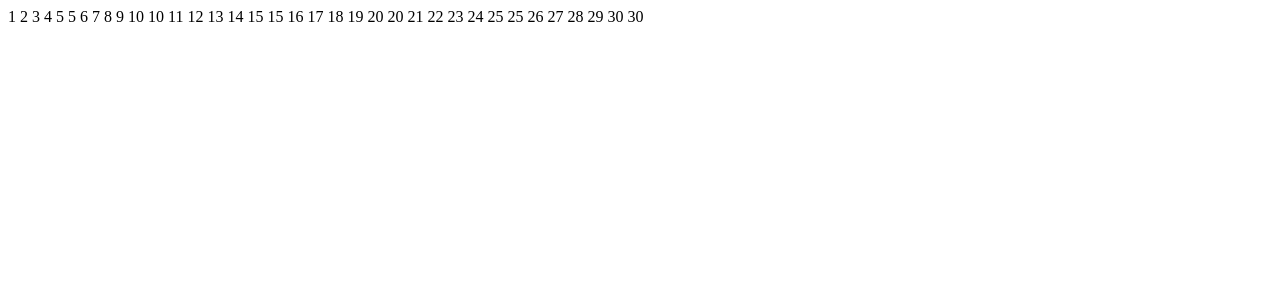
Repository: Ryutaro26/samurai-lp
Page: http://localhost/for.php
The author's editor kept a record of every edit. The page is drawn from the files as they stood at one moment, then again after the next edit.
The browser window is 1280 px wide. The pictures show the whole page.
The page is run by PHP 8.4 with error messages shown; the project is at /var/www/html/.

Above is the page before.

### for.php
<?php
for($i = 1; $i <= 30; $i++) {
    if($i % 5 == 0){
         print($i."\n");
    }
   print($i."\n");
}
?>

After the next edit:
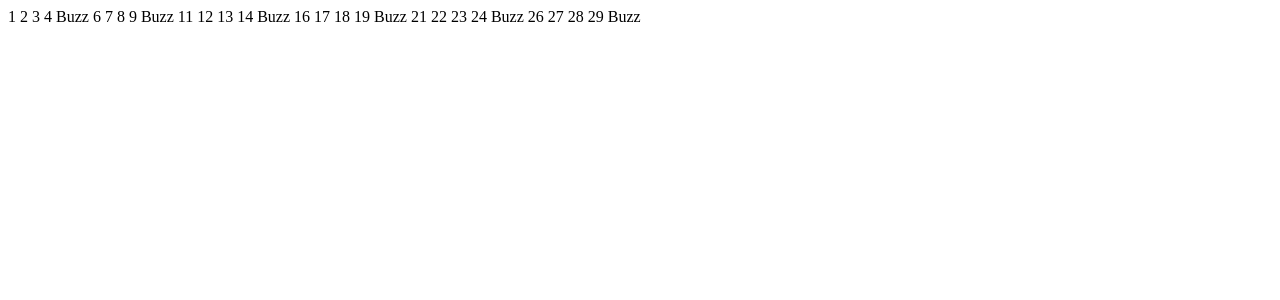
The edit:
--- a/for.php
+++ b/for.php
@@ -1,8 +1,9 @@
 <?php
 for($i = 1; $i <= 30; $i++) {
     if($i % 5 == 0){
-         print($i."\n");
+         print("Buzz"."\n");
+    }else {
+        print($i."\n");
     }
-   print($i."\n");
 }
 ?>
